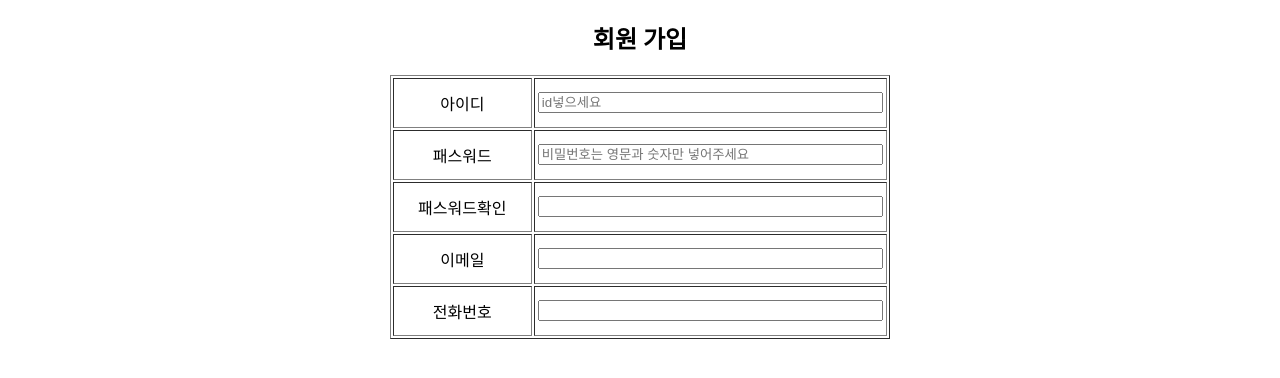
Repository: kdw1437/CreateBoardProject
Page: http://localhost/JSP3/MemberJoin.jsp
These files come from the project's save history. The page is drawn as it stood at one moment and after the next save; the edit follows.
The browser window is 1280 px wide. The pictures show the whole page.
The page is served by Tomcat 9. Other server files are loaded and not shown.

Above is the page before, as saved 2024-08-06 01:45:50.

### JSP3/src/main/webapp/MemberJoin.jsp
<%@ page language="java" contentType="text/html; charset=EUC-KR"
    pageEncoding="EUC-KR"%>
<!DOCTYPE html>
<html>
<body>


	<center>
	<h2> 회원 가입 </h2>
	<form action="RequestJoinProc.jsp" methods="post">

	<table width="500" border="1">
	<tr height="50">
		<td width="150" align="center"> 아이디 </td>
		<td width="350" align="center"> <input type="text" name="id" size="40" placeholder="id넣으세요"> </td>
	</tr>
	<tr height="50">
		<td width="150" align="center"> 패스워드 </td>
		<td width="350" align="center"> <input type="password" name="pass1" size="40"
		placeholder="비밀번호는 영문과 숫자만 넣어주세요"> </td>
	</tr>
	<tr height="50">
		<td width="150" align="center"> 패스워드확인 </td>
		<td width="350" align="center"> <input type="password" name="pass2" size="40"> </td>
	</tr>
	<tr height="50">
		<td width="150" align="center"> 이메일 </td>
		<td width="350" align="center"> <input type="email" name="email" size="40"> </td>
	</tr>
	<tr height="50">
		<td width="150" align="center"> 전화번호 </td>
		<td width="350" align="center"> <input type="tel" name="tel" size="40"> </td>
	</tr>

</body>
</html>

After the next save:
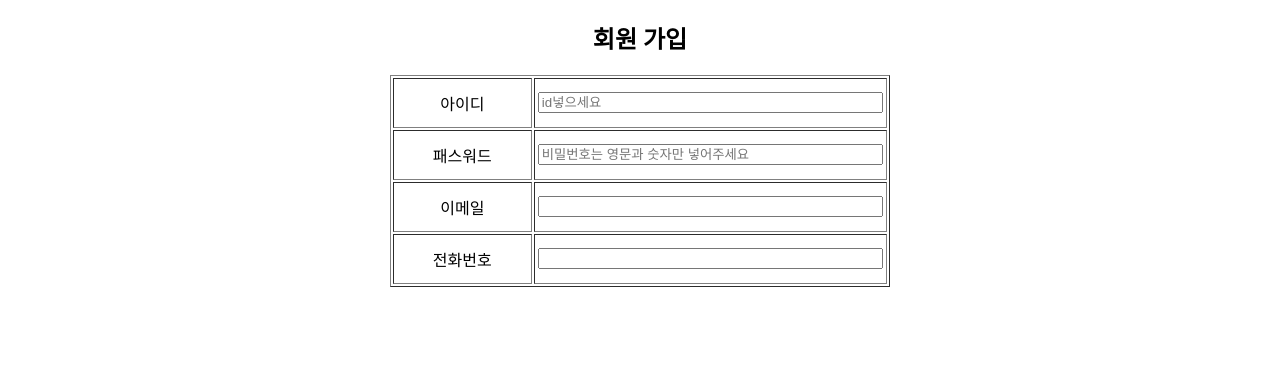
Saved 39 s later.
--- a/JSP3/src/main/webapp/MemberJoin.jsp
+++ b/JSP3/src/main/webapp/MemberJoin.jsp
@@ -20,10 +20,6 @@
 		placeholder="비밀번호는 영문과 숫자만 넣어주세요"> </td>
 	</tr>
 	<tr height="50">
-		<td width="150" align="center"> 패스워드확인 </td>
-		<td width="350" align="center"> <input type="password" name="pass2" size="40"> </td>
-	</tr>
-	<tr height="50">
 		<td width="150" align="center"> 이메일 </td>
 		<td width="350" align="center"> <input type="email" name="email" size="40"> </td>
 	</tr>
